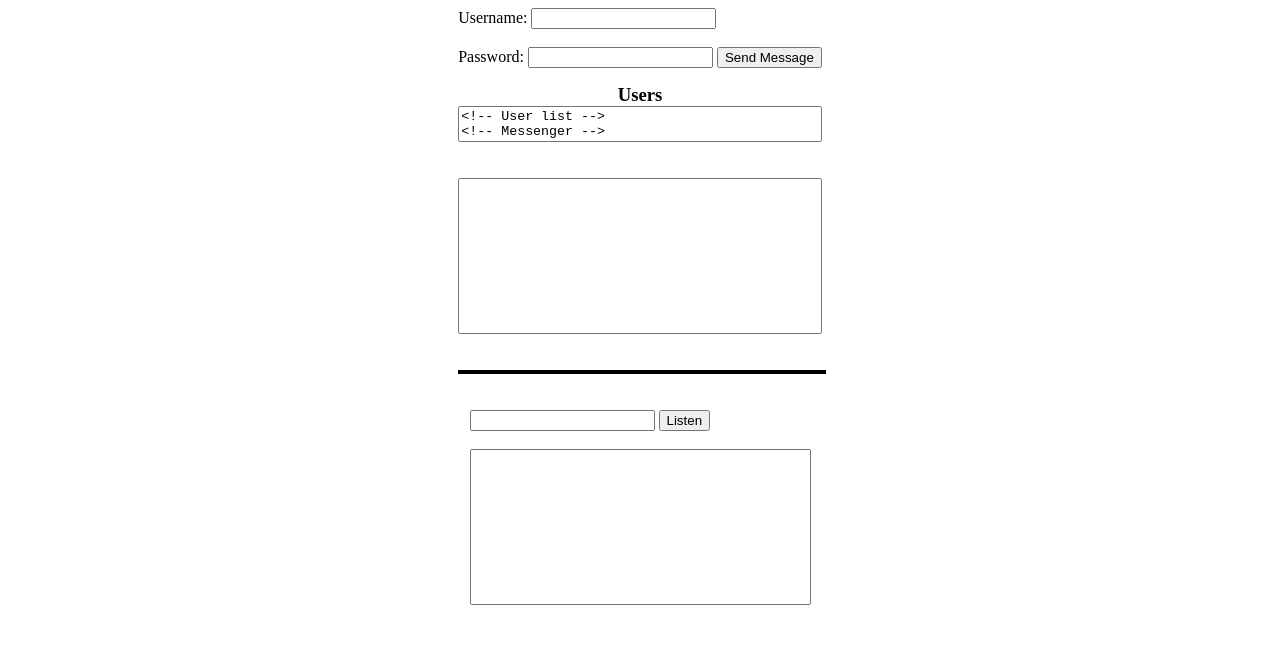
Repository: hosua/it-202
Page: http://localhost/
The author's editor kept a copy of each file at every save. The page is drawn from the files as they stood at one save, then again after the next save.
The browser window is 1280 px wide. The pictures show the whole page.
The page is run by PHP 8.4 with error messages shown; the project is at /var/www/html/. Queries for data that is not in the repository find no rows.

Above is the page before, as saved 2022-12-02 05:33:04.

After the next save:
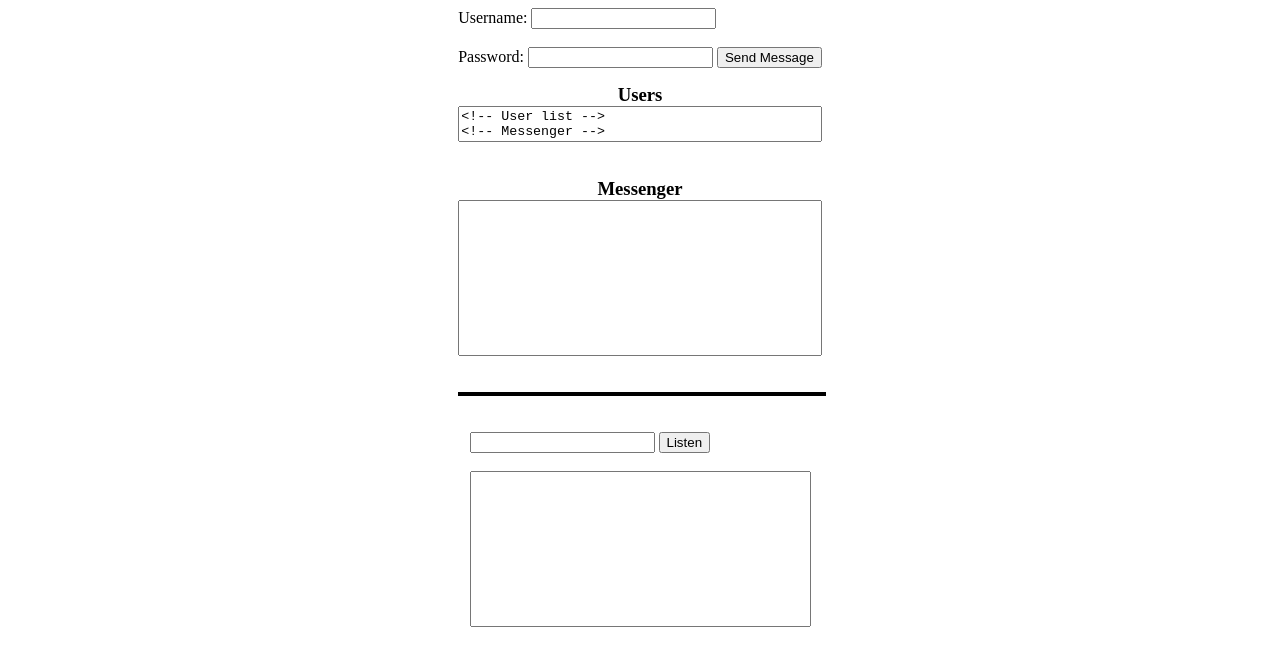
Saved 14 s later.
--- a/assign5/index.php
+++ b/assign5/index.php
@@ -31,6 +31,7 @@ while ($row = $query_res->fetch_assoc()) {
 <!-- Messenger -->
 </textarea>
 <br> <br>
+<h3 style="margin: auto;"> Messenger </h3>
 <textarea id=messenger name=messenger cols=40 rows=10>
 <?php
     // keyup event => ajax behavior
